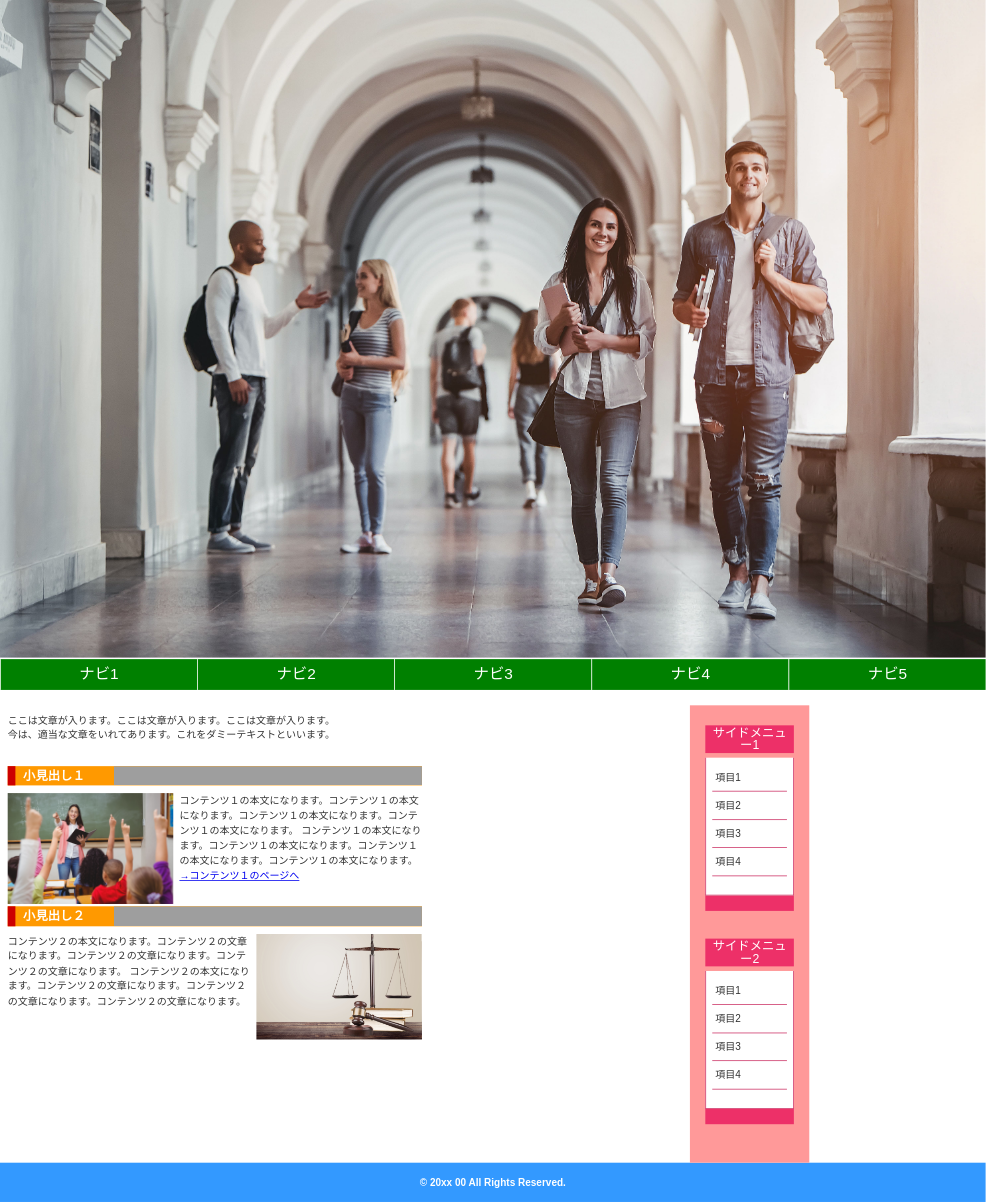
Repository: KanemotoWataru/samurai_HTML-CSS
Page: home.html
The author's editor kept a record of every edit. The page is drawn from the files as they stood at one moment, then again after the next edit.
The browser window is 1280 px wide. The pictures show the whole page, at 77% of full size.
Pictures or frames that could not be fetched are drawn as grey boxes.

Above is the page before.

After the next edit:
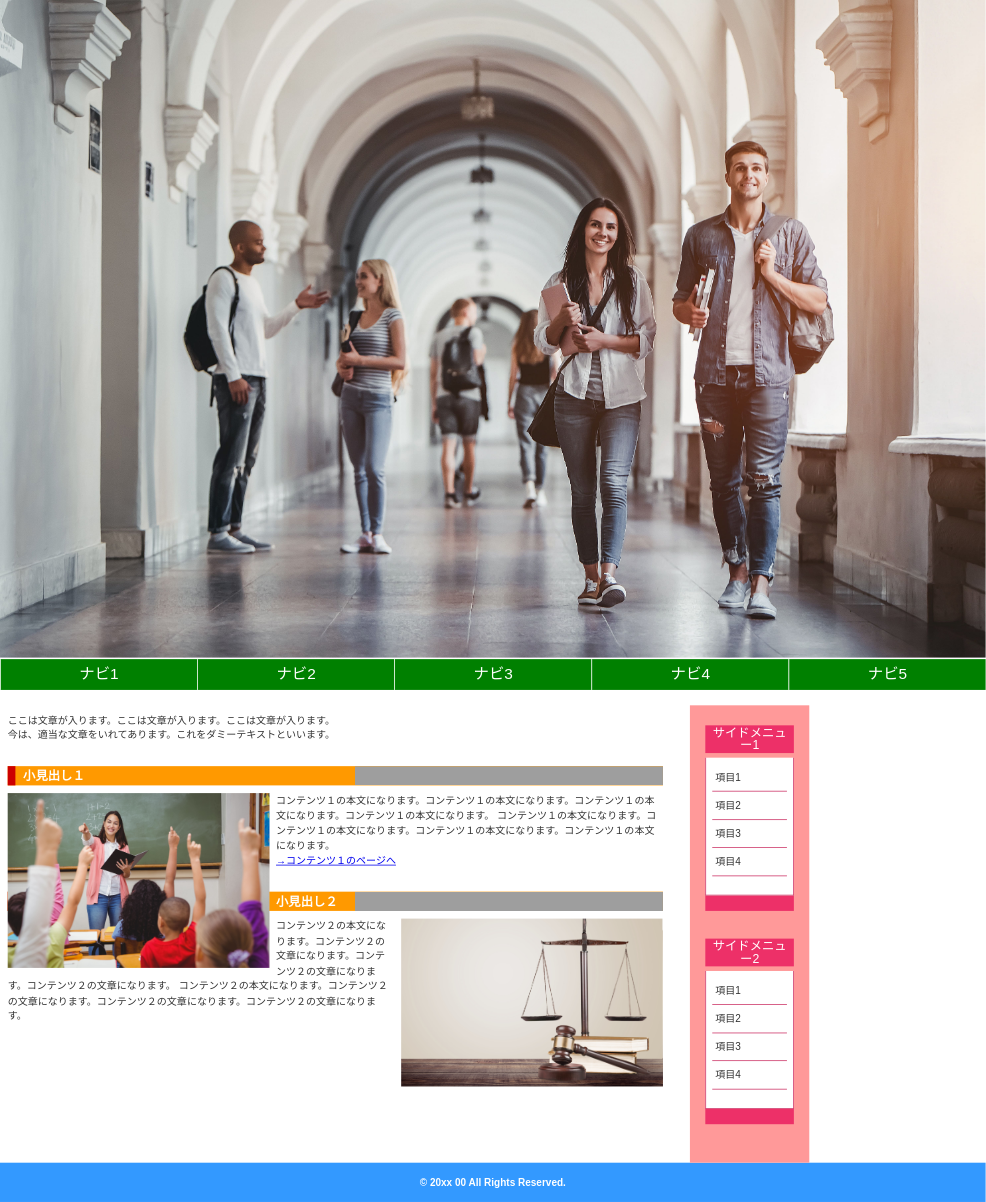
The edit:
--- a/stylesheet.css
+++ b/stylesheet.css
@@ -86,9 +86,8 @@
 
 /*-----------------main-----------------------------------*/
 #main{
-    float: left;
-    width: 60%;
-    padding: 10px 30px 10px 10px;
+   width: 95%;
+      padding: 10px 30px 10px 10px;
 }
 #main h2{
     margin: 0 0 10px 0;
